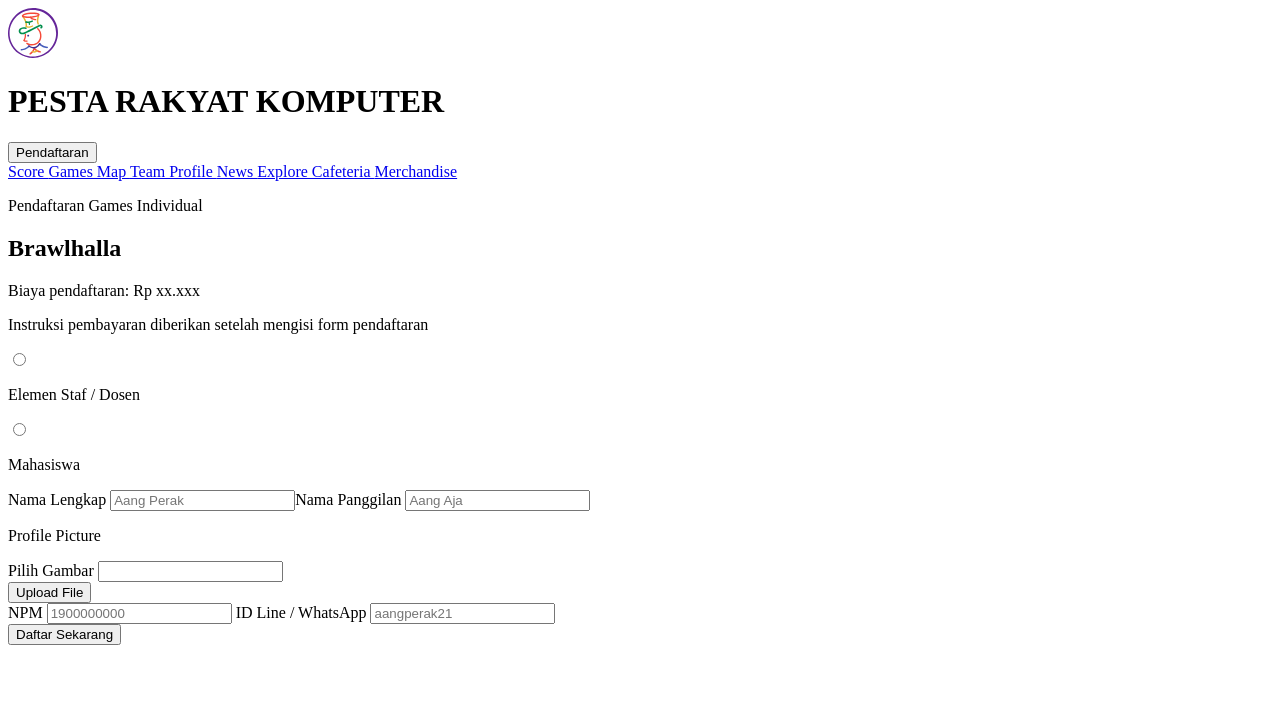
Repository: risalstrr/RegistPerak
Page: /
The author's editor kept a copy of each file at every save. The page is drawn from the files as they stood at one save, then again after the next save.
The browser window is 1280 px wide. The pictures show the whole page.
The project was rebuilt for these pictures with package versions that can differ from the ones it lists, and the page was loaded fresh each time. The framework's server and built-in components were replaced by stand-ins that run in the browser. Also part of the build but not shown: next.config.js.

Above is the page before, as saved 2021-12-30 21:15:25.

### pages/index.js
import Head from 'next/head'
import Image from 'next/image'
import { useState } from 'react'
// import styles from '../styles/Home.module.css'

export default function Home() {
    const [isMobile, setIsMobile] = useState(false)
    return ( <
        div className = "bg-[#EBC761] w-full h-full font-['Montserrat']" >
        <
        Head >
        <
        title > Homepage Pendaftaran < /title> <
        /Head> <
        div className = ' flex flex-col lg:flex-row bg-[#F1D78E]' >
        <
        div className = 'bg-[#F1D78E] border-b lg:border-b-0 flex items-center justify-between' >
        <
        div className = 'flex items-center' >
        <
        div className = 'relative pt-2 pl-2' >
        <
        Image src = "/logoPerak.svg"
        width = { 50 }
        height = { 50 }
        alt = "logoPerak" /
        >
        <
        /div> <
        div className = "text-sm md:pr-10 pl-3 font-bold " >
        <
        h1 > PESTA RAKYAT KOMPUTER < /h1> <
        /div> <
        /div> <
        div className = 'pr-5 block lg:hidden' >
        <
        button className = 'font-bold font-sans'
        onClick = {
            () => setIsMobile(true) } > Pendaftaran < /button> <
        /div> <
        /div> <
        div className = 'lg:flex flex-col lg:flex-row justify-end bg-[#F1D78E] w-full py-4 lg:py-0 hidden md:hidden' >
        <
        div className = ' flex flex-col lg:flex-row' >
        <
        a href = "#"
        className = "block px-4 py-3 lg:py-4 text-sm font-bold " > Score < /a> <
        a href = "#"
        className = "block px-4 py-3 lg:py-4 text-sm font-bold " > Games Map < /a> <
        a href = "#"
        className = "block px-4 py-3 lg:py-4 text-sm font-bold " > Team Profile < /a> <
        a href = "#"
        className = "block px-4 py-3 lg:py-4 text-sm font-bold " > News < /a> <
        a href = "#"
        className = "block px-4 py-3 lg:py-4 text-sm font-bold " > Explore Cafeteria < /a> <
        a href = "#"
        className = "block px-4 py-3 lg:py-4 text-sm font-bold " > Merchandise < /a> <
        /div> <
        /div> <
        /div>   <
        div className = "pl-10 pr-10 pt-10 text-[#6A7CC8] text-[50px] font-extrabold" >
        <
        p > Pendaftaran Games Individual < /p> <
        /div> <
        div className = "pl-10 text-white text-[28px] font-['MADE Sunflower'] font-[900]" >
        <
        h2 > Brawlhalla < /h2> <
        /div> <
        div className = "pl-10 pt-5 text-black text-[15px] font-extrabold" >
        <
        p > Biaya pendaftaran: Rp xx.xxx < /p> <
        /div> <
        div className = "pl-10 pr-10 text-black text-[10px] " >
        <
        p > Instruksi pembayaran diberikan setelah mengisi form pendaftaran < /p> <
        /div>

        <
        div className = "flex pl-10 pr-10 pt-5 pb-5 items-center " >
        <
        input type = "radio"
        className = "indeterminate:bg-gray-300 ..." / >
        <
        p className = 'mr-12' > Elemen Staf / Dosen < /p> <
        input type = "radio"
        className = "indeterminate:bg-gray-300 ..." / >
        <
        p > Mahasiswa < /p> <
        /div>

        <
        label className = "block pl-10" >
        <
        span class = "after:ml-0.5 after:text-red-500 block text-sm font-medium text-gray-700 " >
        Nama Lengkap <
        /span> <
        input type = "text"
        name = "namaLengkap"
        class = "mt-1 px-3 py-2 bg-white border shadow-sm w-4/12 border-gray-300 placeholder-gray-400 focus:outline-none focus:border-sky-500 focus:ring-sky-500 block rounded-md sm:text-sm focus:ring-1"
        placeholder = "Aang Perak" / >
        <
        /label>

        <
        label className = "block pl-10 pt-3" >
        <
        span class = "after:ml-0.5 after:text-red-500 block text-sm font-medium text-gray-700 " >
        Nama Panggilan <
        /span> <
        input type = "text"
        name = "namaPanggilan"
        class = "mt-1 px-3 py-2 bg-white border shadow-sm w-4/12 border-gray-300 placeholder-gray-400 focus:outline-none focus:border-sky-500 focus:ring-sky-500 block rounded-md sm:text-sm focus:ring-1"
        placeholder = "Aang Aja" / >
        <
        /label> <
        div className = "block pl-10 pt-3 " >
        <
        p > Profile Picture < /p> <
        /div>

        <
        div className = 'space-y-10 md:grid md:grid-cols-5 pl-10' >
        <
        div className = ' w-36 h-36 rounded-lg shadow-2xl bg-[#2E1145]' >
        <
        /div> { /* <div className='pt-10 md:flex md:flex-col'> */ } <
        label className = "pt-10 pr-10 md:flex md:flex-col" >
        <
        span class = "after:ml-0.5 after:text-red-500 block text-sm font-medium text-gray-700 " >
        Pilih Gambar <
        /span> <
        input type = "text"
        name = "pilih gambar"
        class = "mt-1 px-3 py-2 bg-white border shadow-sm w-9/12 border-gray-300 placeholder-gray-400 focus:outline-none focus:border-sky-500 focus:ring-sky-500 block rounded-md sm:text-sm focus:ring-1" / >
        <
        /label> {
            /* <div className=''>
                      <Image
                        src="/profile.svg"
                        width={140}
                        height={118}
                        alt="profile"
                      />
                    </div>
                    <label className="pl-8">
                    <span class="after:ml-0.5 after:text-red-500 block text-sm font-medium text-gray-700 ">
                      Pilih Gambar
                    </span>
                    <input type="text" name="pilihGambar" class="mt-2 px-3 py-2 bg-white border shadow-sm border-gray-300 placeholder-gray-400 focus:outline-none focus:border-sky-500 focus:ring-sky-500 block rounded-md sm:text-sm focus:ring-1"/>
                  </label> */
        } <
        /div>

        <
        div className = 'block pl-10 pt-3' >
        <
        button className = "rounded-lg w-28 h-10 transition ease-in-out delay-150 bg-[#CC9D1A] hover:-translate-y-1 hover:scale-110 hover:bg-[#F1D78E] duration-300 ... " >
        Upload File <
        /button> <
        /div> <
        label className = "block pl-10 pt-10" >
        <
        span class = "after:ml-0.5 after:text-red-500 block text-sm font-medium text-gray-700 " >
        NPM <
        /span> <
        input type = "text"
        name = "NPM"
        class = "mt-1 px-3 py-2 bg-white border shadow-sm w-4/12 border-gray-300 placeholder-gray-400 focus:outline-none focus:border-sky-500 focus:ring-sky-500 block rounded-md sm:text-sm focus:ring-1"
        placeholder = "1900000000" / >
        <
        /label> <
        label className = "block pl-10 pt-10" >
        <
        span class = "after:ml-0.5 after:text-red-500 block text-sm font-medium text-gray-700 " >
        ID Line / WhatsApp <
        /span> <
        input type = "text"
        name = "id"
        class = "mt-1 px-3 py-2 bg-white border shadow-sm w-4/12 border-gray-300 placeholder-gray-400 focus:outline-none focus:border-sky-500 focus:ring-sky-500 block rounded-md sm:text-sm focus:ring-1"
        placeholder = "aangperak21" / >
        <
        /label>

        <
        div className = 'block pl-10 pt-10 pb-20' >
        <
        button className = "rounded-lg lg:w-4/12 lg:h-10 w-5/12 h-12 transition ease-in-out delay-150 bg-[#028F4D] hover:-translate-y-1 hover:scale-110 hover:bg-[#03F182] duration-300 ..." >
        Daftar Sekarang <
        /button> <
        /div>

        {
            /* <div className='absolute top-40 right-80'>
                    <Image
                      src="/kuning.svg"
                      width = {330}
                      height = {300}
                      alt = "kuning"
                    />
                  </div> */
        } {
            /* <div className='hidden lg:block lg:absolute -bottom-14 right-0'>
                    <Image
                      src="/rightcloud.svg"
                      width = {880}
                      height = {340}
                      alt = "cloud"
                    />

                </div>
                  <div className='hidden lg:block lg:absolute -bottom-14 -left-6'>
                    <Image
                      src="/leftcloud.svg"
                      width = {880}
                      height = {340}
                      alt = "cloud"
                    />

                </div>
                  <div className='lg:block lg:absolute top-10 right-0'>
                    <Image
                      src="/biru.svg"
                      width = {330}
                      height = {300}
                      alt = "biru"
                    />
                  </div>  */
        } <
        /div>
    )
}

After the next save:
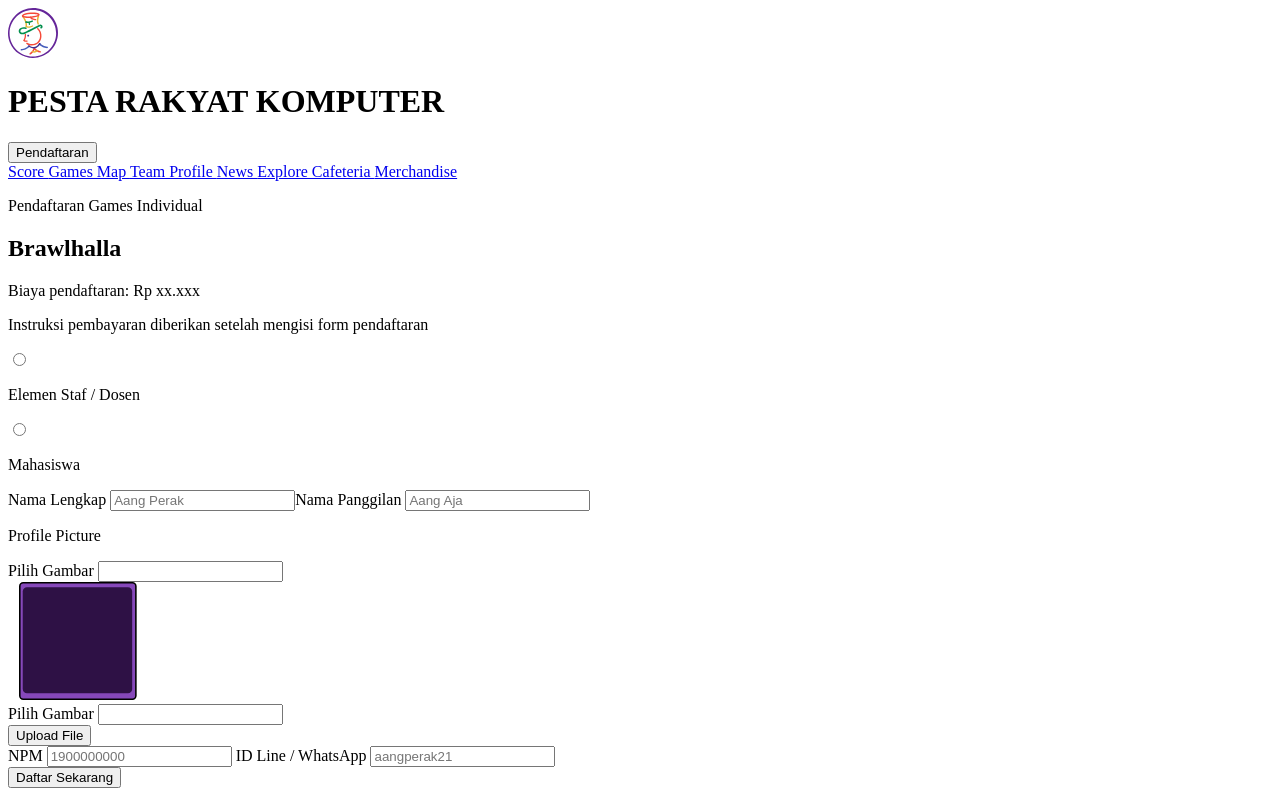
Saved 3 h 20 min later.
--- a/pages/index.js
+++ b/pages/index.js
@@ -133,22 +133,26 @@
         name = "pilih gambar"
         class = "mt-1 px-3 py-2 bg-white border shadow-sm w-9/12 border-gray-300 placeholder-gray-400 focus:outline-none focus:border-sky-500 focus:ring-sky-500 block rounded-md sm:text-sm focus:ring-1" / >
         <
-        /label> {
-            /* <div className=''>
-                      <Image
-                        src="/profile.svg"
-                        width={140}
-                        height={118}
-                        alt="profile"
-                      />
-                    </div>
-                    <label className="pl-8">
-                    <span class="after:ml-0.5 after:text-red-500 block text-sm font-medium text-gray-700 ">
-                      Pilih Gambar
-                    </span>
-                    <input type="text" name="pilihGambar" class="mt-2 px-3 py-2 bg-white border shadow-sm border-gray-300 placeholder-gray-400 focus:outline-none focus:border-sky-500 focus:ring-sky-500 block rounded-md sm:text-sm focus:ring-1"/>
-                  </label> */
-        } <
+        /label> <
+        div className = '' >
+        <
+        Image src = "/profile.svg"
+        width = { 140 }
+        height = { 118 }
+        alt = "profile" /
+        >
+        <
+        /div> <
+        label className = "pl-8" >
+        <
+        span class = "after:ml-0.5 after:text-red-500 block text-sm font-medium text-gray-700 " >
+        Pilih Gambar <
+        /span> <
+        input type = "text"
+        name = "pilihGambar"
+        class = "mt-2 px-3 py-2 bg-white border shadow-sm border-gray-300 placeholder-gray-400 focus:outline-none focus:border-sky-500 focus:ring-sky-500 block rounded-md sm:text-sm focus:ring-1" / >
+        <
+        /label> <
         /div>
 
         <

After the save that followed:
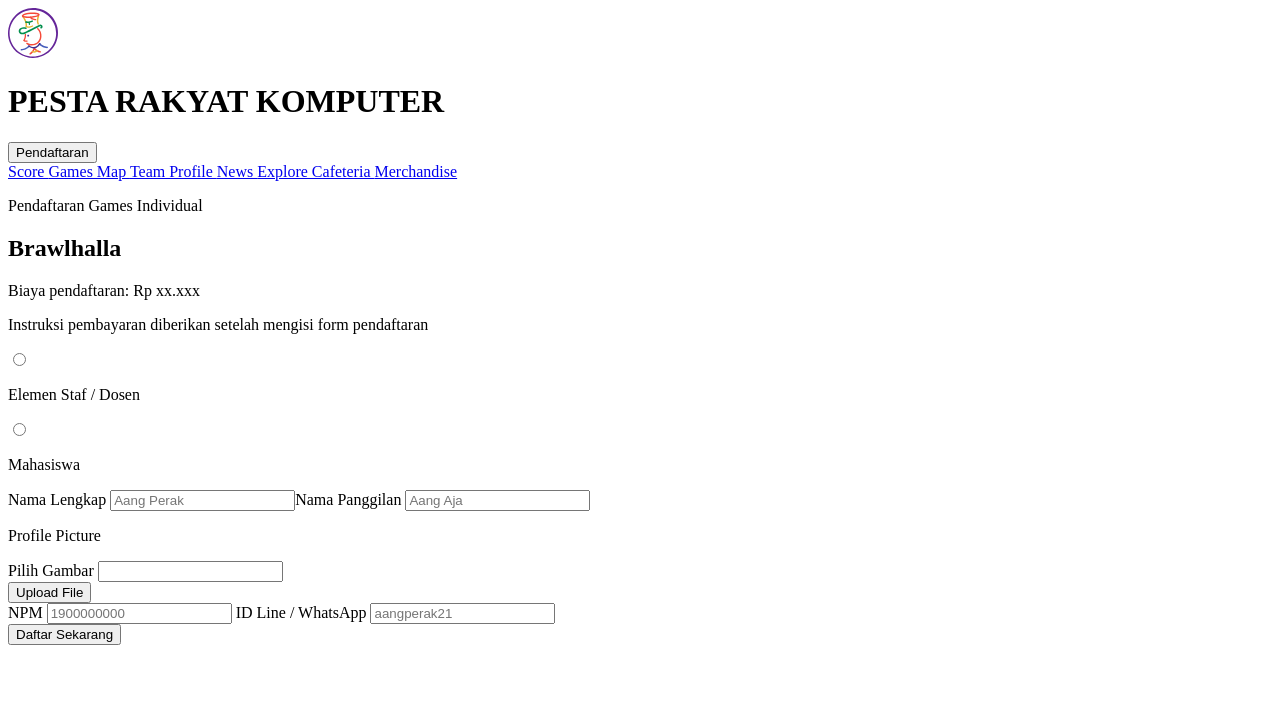
Saved 103 s later.
--- a/pages/index.js
+++ b/pages/index.js
@@ -134,25 +134,6 @@
         class = "mt-1 px-3 py-2 bg-white border shadow-sm w-9/12 border-gray-300 placeholder-gray-400 focus:outline-none focus:border-sky-500 focus:ring-sky-500 block rounded-md sm:text-sm focus:ring-1" / >
         <
         /label> <
-        div className = '' >
-        <
-        Image src = "/profile.svg"
-        width = { 140 }
-        height = { 118 }
-        alt = "profile" /
-        >
-        <
-        /div> <
-        label className = "pl-8" >
-        <
-        span class = "after:ml-0.5 after:text-red-500 block text-sm font-medium text-gray-700 " >
-        Pilih Gambar <
-        /span> <
-        input type = "text"
-        name = "pilihGambar"
-        class = "mt-2 px-3 py-2 bg-white border shadow-sm border-gray-300 placeholder-gray-400 focus:outline-none focus:border-sky-500 focus:ring-sky-500 block rounded-md sm:text-sm focus:ring-1" / >
-        <
-        /label> <
         /div>
 
         <
